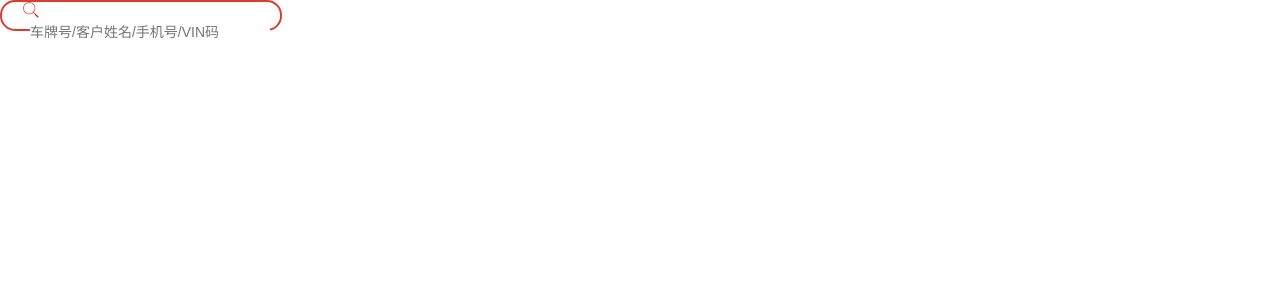
Repository: family-car/car
Page: deliverTask.html
The author's editor kept a copy of each file at every save. The page is drawn from the files as they stood at one save, then again after the next save.
The browser window is 1280 px wide. The pictures show the whole page.

Above is the page before, as saved 2020-05-12 10:43:43.
Not found: src/js/entry/deliverTask.js

After the next save:
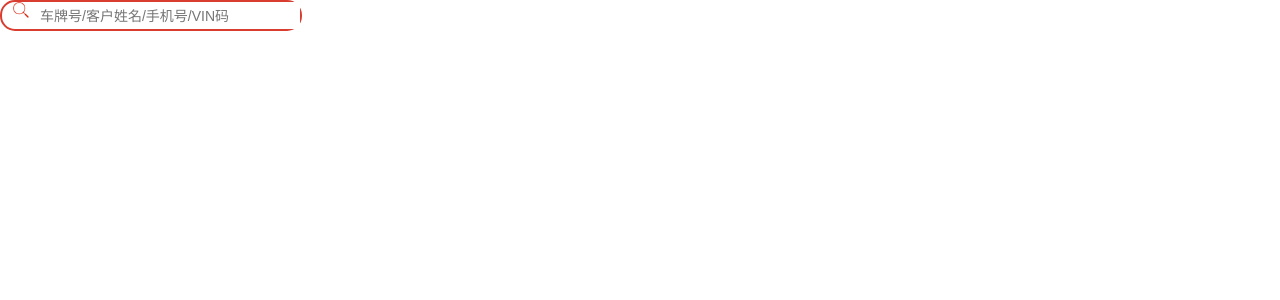
Saved 71 s later.
--- a/src/css/app/deliverTask.css
+++ b/src/css/app/deliverTask.css
@@ -2,11 +2,10 @@
     background: #fff;
 }
 .searchInput{
-    width: 282px;
+    width: 302px;
     height: 31px;
     border:2px solid #D93D30;
     border-radius: 15px;
-    padding:0 10px;
 }
 .searchInput span{
     display: block;
@@ -16,6 +15,6 @@
    width: 16px;
 }
 .searchInput input{
-    width: 240px;
+    width: 260px;
     height: 27px;
 }
